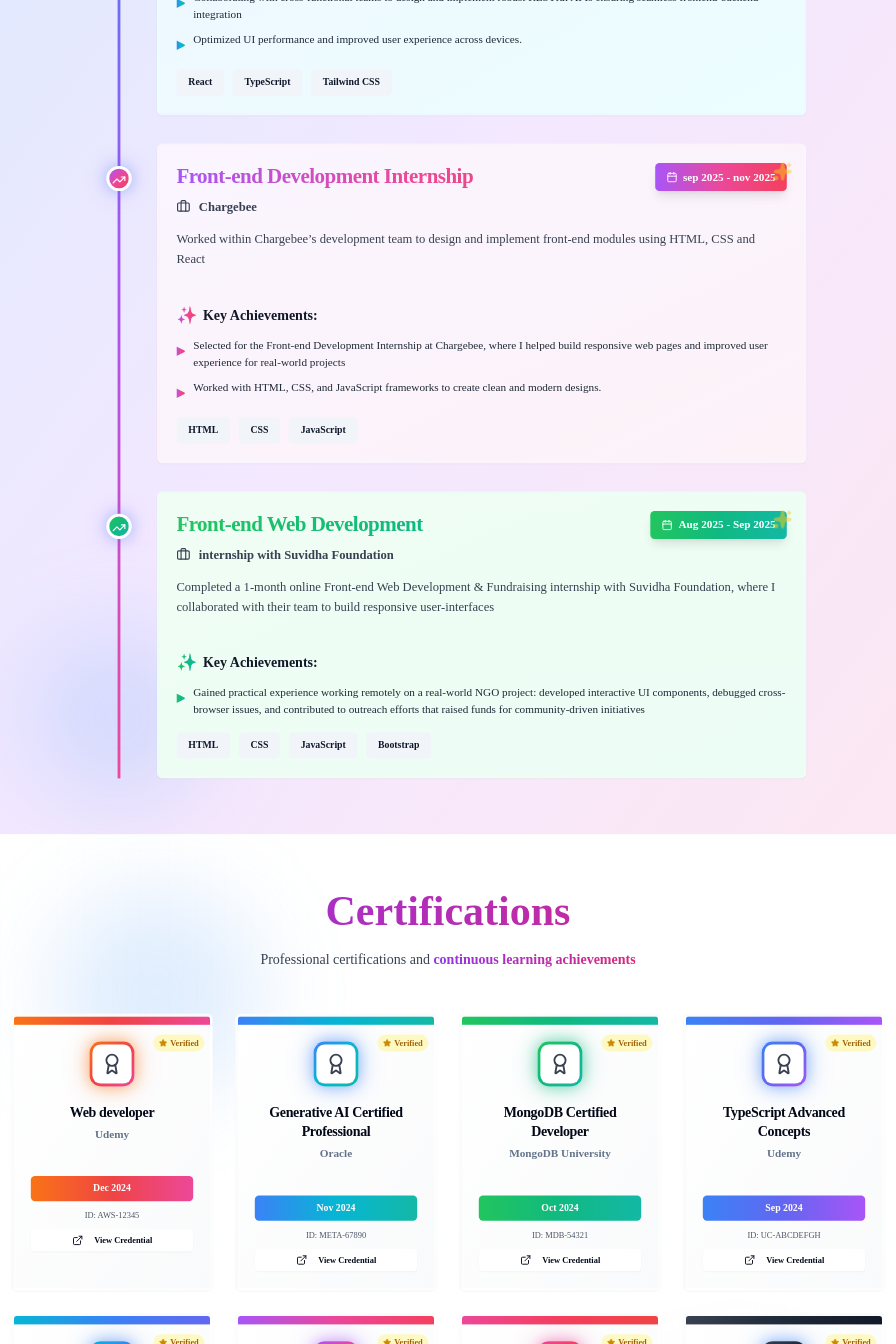
Repository: sm6746/PORTFOLIO
Page: /
These files come from the project's save history. The page is drawn as it stood at one moment and after the next save; the edit follows.
The browser window is 1280 px wide. The pictures show the part of the page from y = 4580 to 6500 px (the page is 8260 px tall), at 70% of full size.
The project was rebuilt for these pictures with package versions that can differ from the ones it lists, and the page was loaded fresh each time. Also part of the build but not shown: vite.config.ts.

Above is the page before, as saved 2025-11-07 12:28:09.

After the next save:
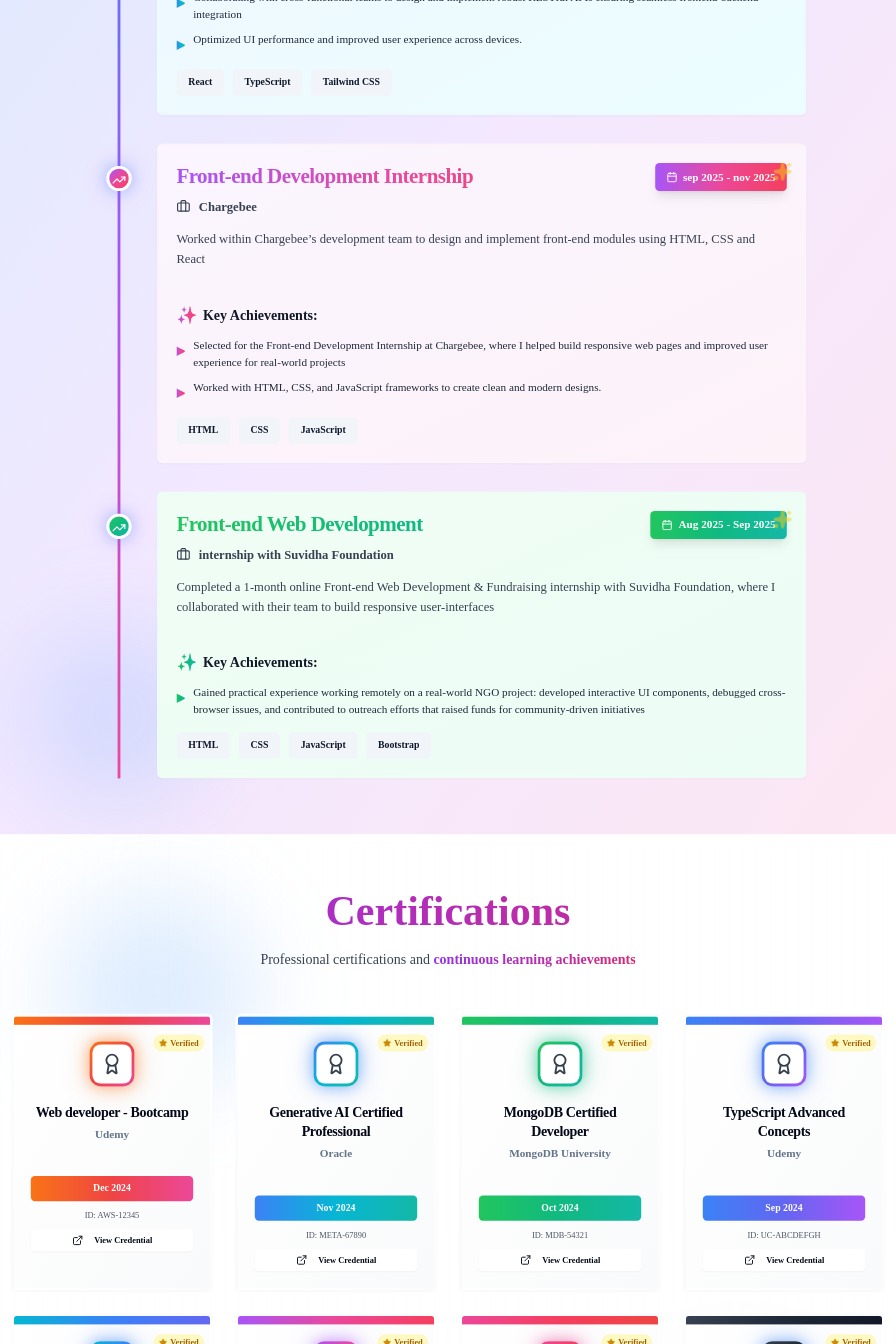
Saved 112 s later.
--- a/components/certifications-section.tsx
+++ b/components/certifications-section.tsx
@@ -9,8 +9,8 @@
 
   const certifications = [
     {
-      title: 'Web developer ',
-      issuer: 'Udemy',
+      title: 'Web developer - Bootcamp ',
+      issuer: 'Udemy ',
       date: 'Dec 2024',
       credentialId: 'AWS-12345',
       gradient: 'from-orange-500 via-red-500 to-pink-500',
